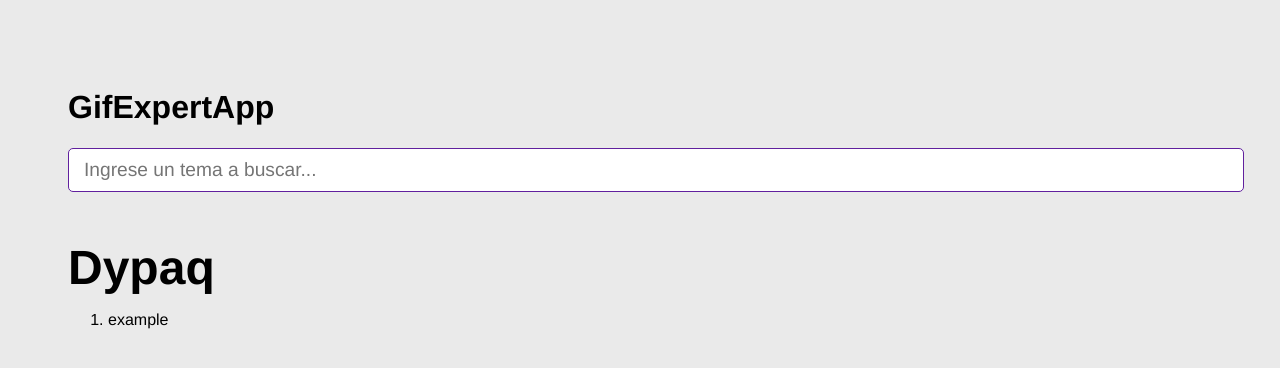
Repository: AlanColliDev/CursoReact
Page: /
The author's editor kept a copy of each file at every save. The page is drawn from the files as they stood at one save, then again after a run of saves.
The browser window is 1280 px wide. The pictures show the whole page.
The page's requests for data from a server got no answer. The project was rebuilt for these pictures with package versions that can differ from the ones it lists, and the page was loaded fresh each time. No one was signed in, and anything a server would have sent is missing. Also part of the build but not shown: vite.config.js, src/components/GifItem.jsx.

Above is the page before, as saved 2022-07-23 11:30:55.

### src/GifExpertApp.jsx
import { AddCategory } from './components/AddCategory';
import { GifGrid } from './components/GifGrid';
import { useState } from 'react';
/**Se le pone el JSX porque no es unicamente un archivo JS, ya que en su interior contendrá un functional component */
// import React from 'react' --despues de la v17 de react ya no es necesario estarlo importando en cada file
export const GifExpertApp = () => {

   const [categories, setCategories] = useState([ 'Dypaq' ])

   const OnAddCategory = (category) => {
      if( categories.includes(category) ) return;
      setCategories( [category, ...categories] );
   }
   // aJ16I10gt55ey1OiM8UpKKHQbomn51i3

   return (
   <>
      <h1>GifExpertApp</h1>

      <AddCategory HandleAddCategory = { OnAddCategory } />

         {
            categories.map( ( category ) => (
               <GifGrid
                  key={category}
                  category = {category}
               />
            ))
         }

   </>
  )
}

### src/components/AddCategory.jsx
import { useState } from 'react';


export const AddCategory = ({ HandleAddCategory }) => {

    const [category, setCategory] = useState('');

    const OnChangeCategory = (e) => {
        setCategory(e.target.value);
    }
    // evento que se ejecuta al dar enter en el boton
    const OnSubmitForm = (event) => {
        event.preventDefault();
        if(category.length <= 1) return;
        // HandleAddCategory([category]);//este era la forma en que yo lo hice, pero esto genera que se sobreescriba todo el arreglo
    /**La manera correcta es hacer un callback del Setter, para obtener el estado actual y asignar el valor nuevo */
        // HandleAddCategory((categories) => [category, ...categories]); ya no se usa porque ahora es de la otra manera
        HandleAddCategory(category.trim());
        setCategory('');
    }

    return (
        <form onSubmit={(event) => OnSubmitForm(event) }>
            <input
                type = "text"
                placeholder = "Ingrese un tema a buscar..."
                value = { category }
                onChange = { OnChangeCategory }
            />
        </form>
    )
}

### src/components/GifGrid.jsx
import { useEffect, useState} from 'react';
import { getGifs } from '../helpers/getGifs';
import { GifItem } from './GifItem';

// nunca se debe de llamar expliscitamante a una funcion en un functional component, porque se reprocesa
export const GifGrid = ({ category }) => {

    const [images, setImages] = useState([]);
    // La tarea de fernando fue obtener los gifs de cada elemento
    const getImages = async () => {
        const listImages = await getGifs( category );
        setImages( listImages );
    };

    // Enviar las llaves vacias quiere decir que el useEffect solo se ejecutara la primera vez, ya
    // que la primera vez cumple porque esta vacio, luego se llena y ya no se vuelve a ejecutar
    useEffect( () => {
        getImages(category);
    }, [] );
    // Si uso AWAIT, la funcion debe ser async

    // en el map de images NOTA QUE NO SE USAN LLAVES
    // PARA AHACER UN RETUR EXPLISCITO SSE USA EL PARENTESIS
    return (
        <>
            <h3>{ category }</h3>
            <ol>
                {
                    images.map(({ id, title }) => (
                        <GifItem />
                    ))
                }
                <li>example</li>
            </ol>
        </>
    )
}

### src/helpers/getGifs.js
export const getGifs = async (category) => {
    const uri = `https://api.giphy.com/v1/gifs/search?api_key=aJ16I10gt55ey1OiM8UpKKHQbomn51i3&q=${ category }`;
    const response = await fetch( uri );
    const { data } = await response.json();

    const gifs = data.map(gif => ({
        id: gif.id,
        title: gif.title,
        url: gif.images.downsized_medium.url
    }));
    return gifs;
};

Loaded but not shown: index.html (common file); src/main.jsx (common file); src/styles.css (common file)

After the next 2 saves:
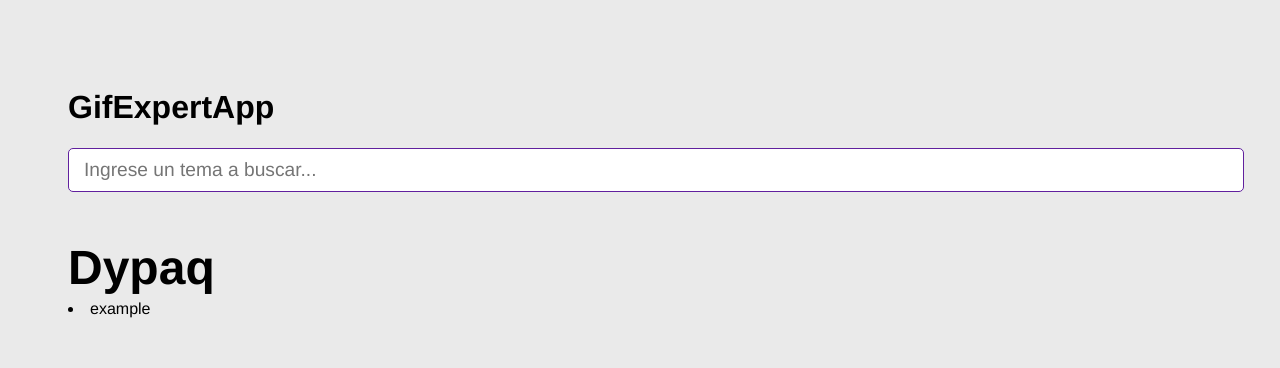
The 2 saves are shown as one change because 1 did not build or start.
The last was saved 38 s later.
--- a/src/components/GifGrid.jsx
+++ b/src/components/GifGrid.jsx
@@ -24,14 +24,14 @@
     return (
         <>
             <h3>{ category }</h3>
-            <ol>
+            <div>
                 {
                     images.map(({ id, title }) => (
                         <GifItem />
                     ))
                 }
                 <li>example</li>
-            </ol>
+            </div>
         </>
     )
 }
